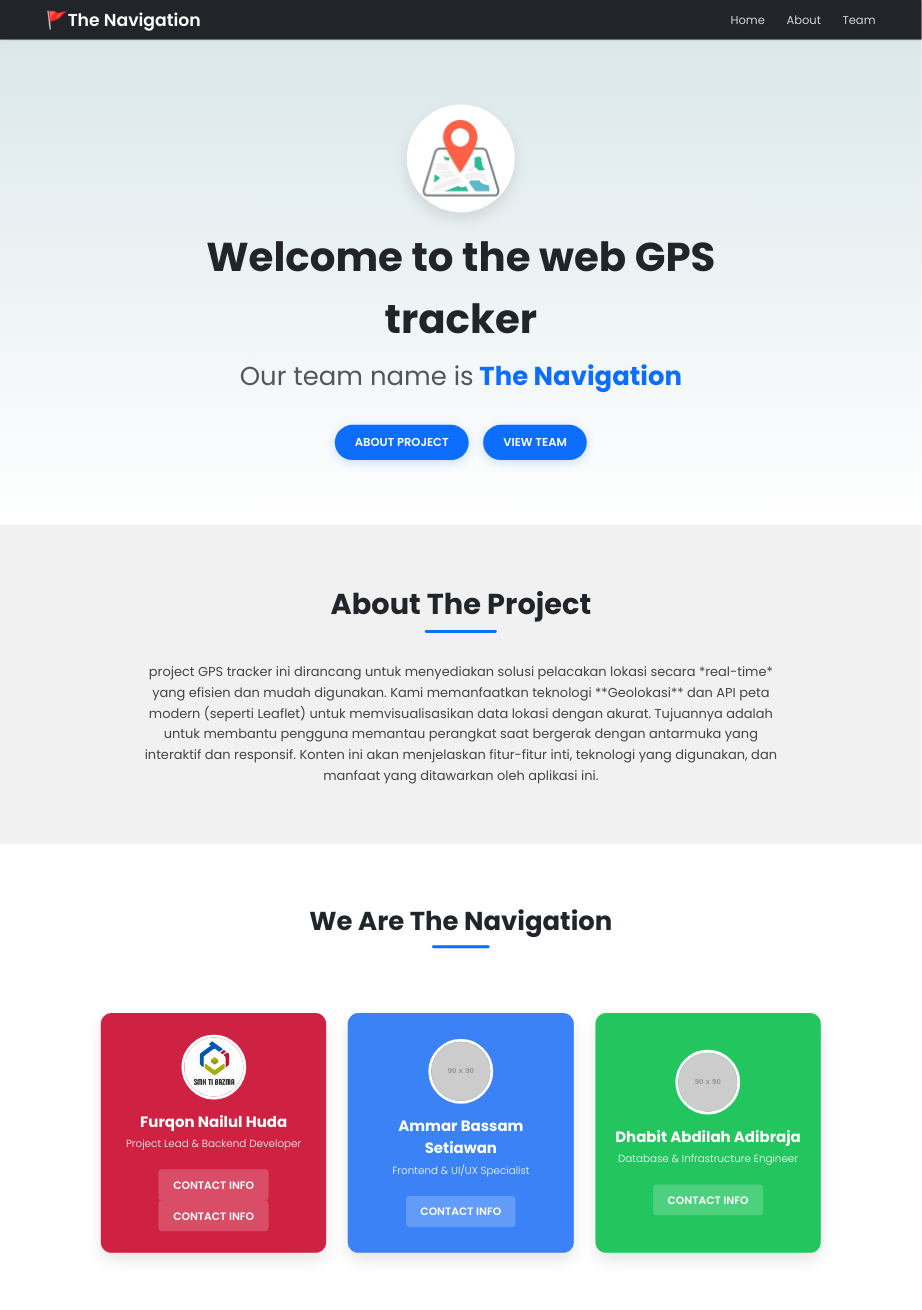
Repository: ammarsetiawan/gps-traker
Page: about.html
An editor plug-in stored every save of this project. The page is shown before and after a run of saves, followed by the edit.
The browser window is 1280 px wide. The pictures show the whole page, at 72% of full size.

Above is the page before, as saved 2025-11-27 16:33:29.

After the next 10 saves:
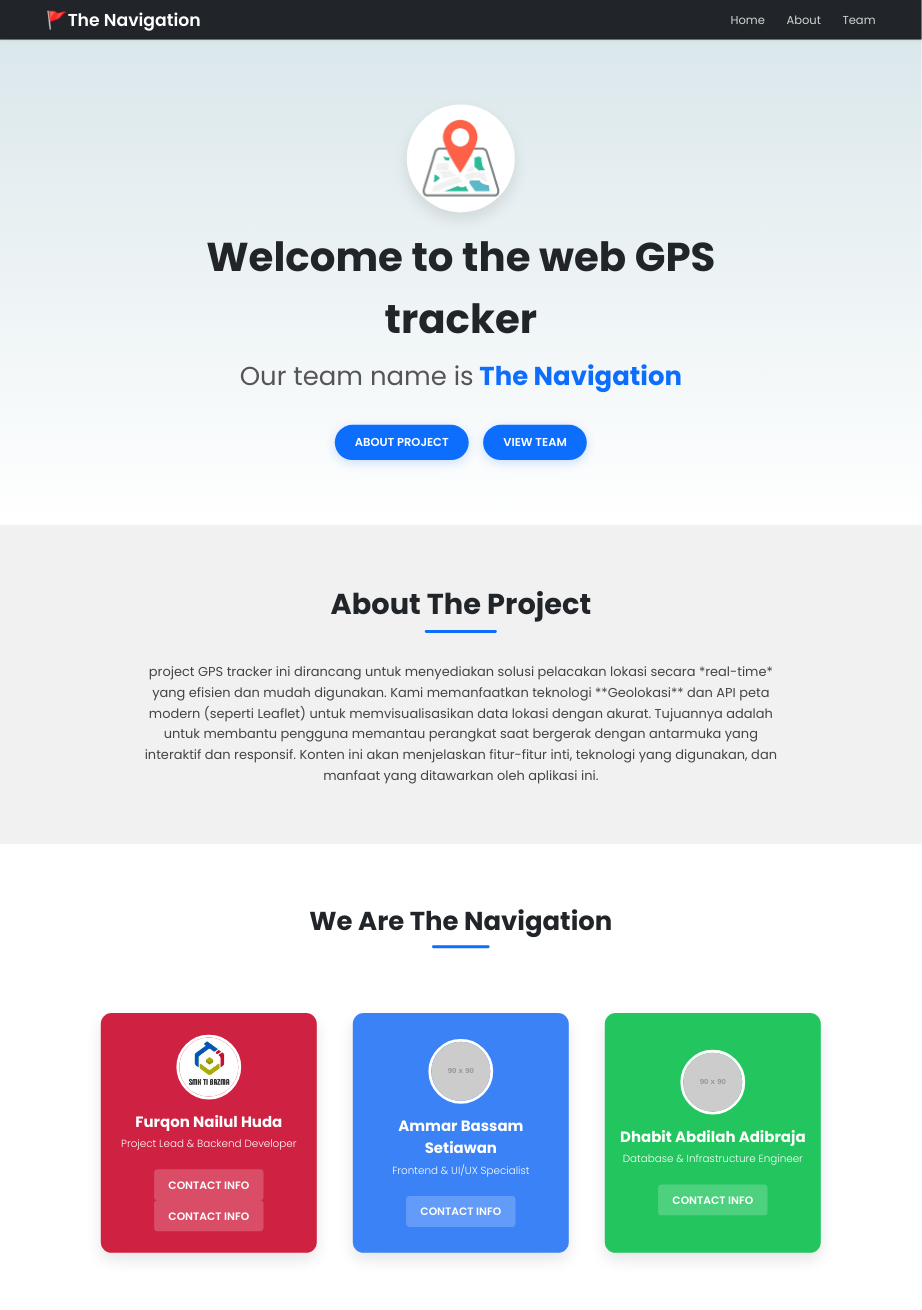
The 10 saves are shown as one change because they came seconds apart.
The last was saved 65 s later.
--- a/about.html
+++ b/about.html
@@ -274,15 +274,10 @@
             position: relative;
             top: 50px;
             display: grid;
-            /* Menggunakan Grid */
-            /* Membuat 3 kolom di desktop, responsif ke 1 kolom di mobile */
             grid-template-columns: repeat(auto-fit, minmax(280px, 1fr));
-            gap: 30px;
-            /* Jarak antar kartu */
+            gap: 50px;
             max-width: 1000px;
-            /* Lebar maksimum kontainer kartu */
             margin: 0 auto;
-            /* Tengah kontainer */
             padding-bottom: 50px;
         }
 
